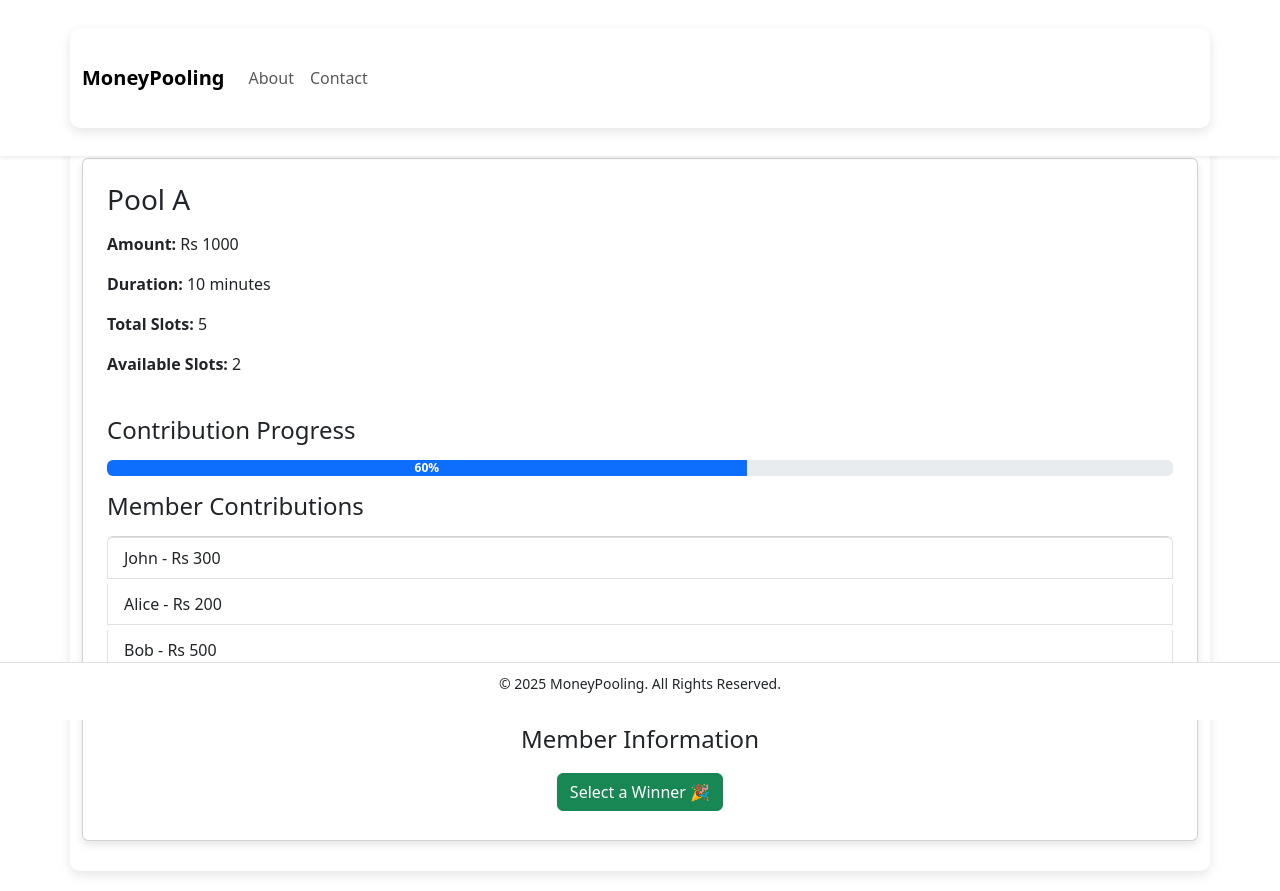
Repository: xxgautm420/MoneyPool
Page: templates/progress.html
These files come from the project's save history. The page is drawn as it stood at one moment and after the next save; the edit follows.
The browser window is 1280 px wide. The pictures show the whole page.
The page is served by the project's application, run on Flask 3 (user.py). The template is opened directly, without the code that normally fills it, so the values that code supplies are empty.

Above is the page before, as saved 2025-03-01 16:50:53.

After the next save:
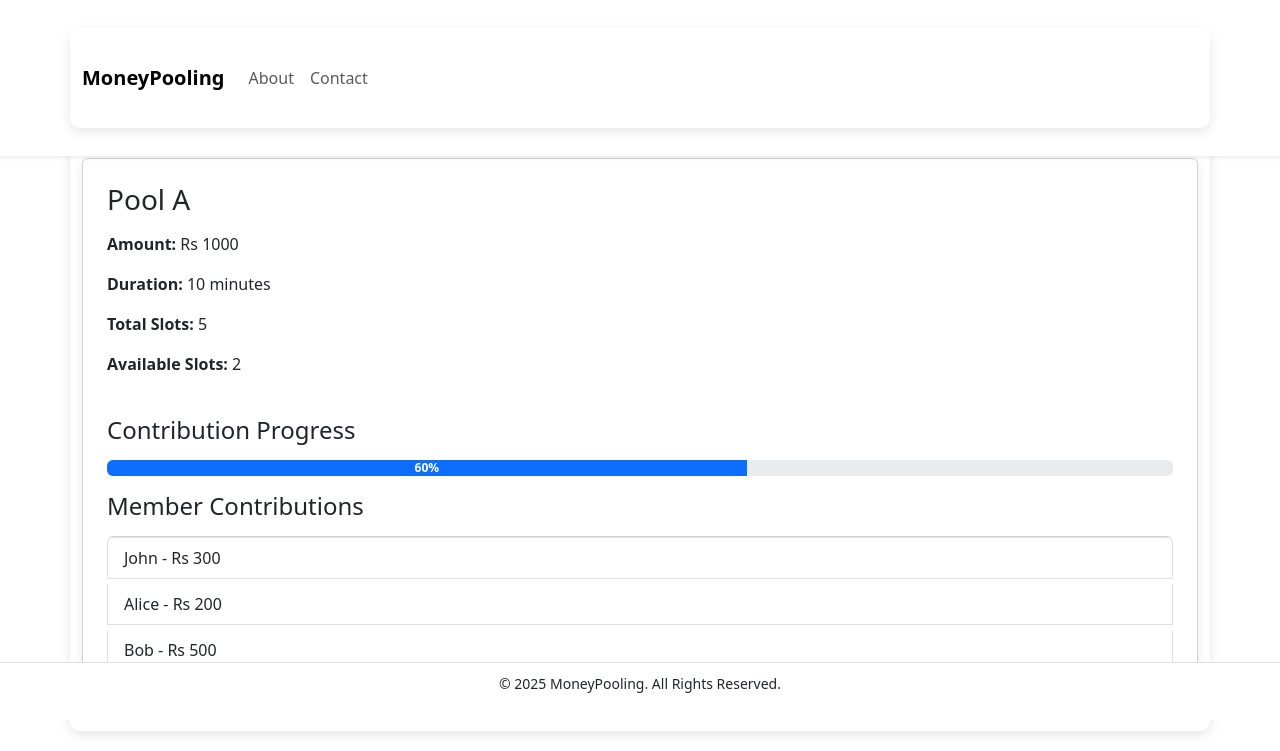
Saved 56 min 37 s later.
--- a/templates/progress.html
+++ b/templates/progress.html
@@ -56,11 +56,7 @@
         </ul>
 
         <!-- Random Member Selection -->
-        <div class="text-center mt-5">
-            <h4>Member Information</h4>
-            <button class="btn btn-success" onclick="startSelection()">Select a Winner 🎉</button>
 
-        </div>
     </div>
 </div>
 
